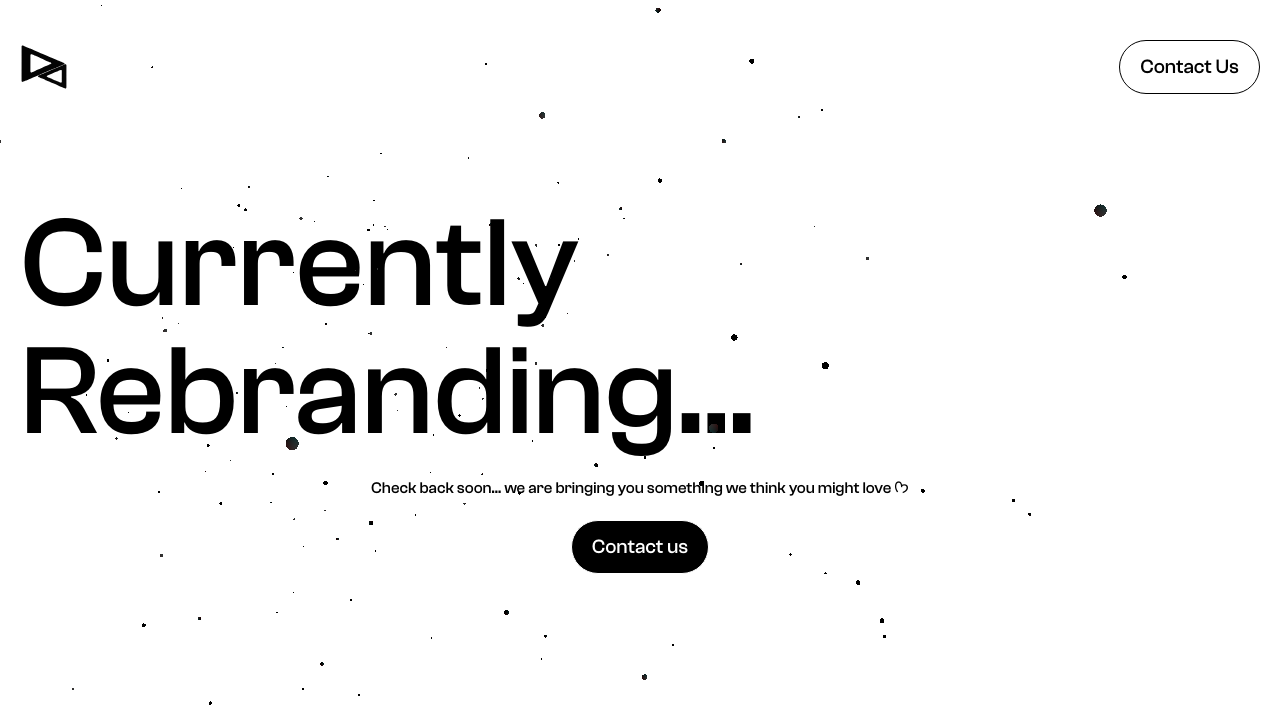
Repository: Cybugg/Nexxistudios-new
Page: /
These files come from the project's save history. The page is drawn as it stood at one moment and after a run of saves; the edit follows.
The browser window is 1280 px wide. The pictures show the whole page.
The project was rebuilt for these pictures with package versions that can differ from the ones it lists, and the page was loaded fresh each time. The framework's server and built-in components were replaced by stand-ins that run in the browser. Also part of the build but not shown: next.config.mjs.

Above is the page before, as saved 2025-09-06 16:15:34.

### app/layout.js
import { Geist, Geist_Mono } from "next/font/google";
import localFont from "next/font/local";
import "./globals.css";
import Particles from "./Effects/Particles";


const geistSans = Geist({
  variable: "--font-geist-sans",
  subsets: ["latin"],
});
const clashGrotesk = localFont({
  src:"../public/fonts/OTF/ClashGrotesk-Medium.otf",
  variable:"--font-clashGrotesk",
  style:"normal"
})

const geistMono = Geist_Mono({
  variable: "--font-geist-mono",
  subsets: ["latin"],
});

export const metadata = {
  title: "Create Next App",
  description: "Generated by create next app",
};

export default function RootLayout({ children }) {
  return (
    <html lang="en">
      <body
        className={`${geistSans.variable} ${geistMono.variable} antialiased relative ${clashGrotesk.variable} `}>
            <div className="absolute w-full h-screen">
              <Particles particleColors={['#000000', '#000000']}
    particleCount={300}
    particleSpread={10}
    speed={0.1}
    particleBaseSize={100}
    moveParticlesOnHover={true}
    alphaParticles={false}
    disableRotation={false}
  />
        </div>

        {children}
      </body>
    </html>
  );
}

### app/page.js
"use client"
import { useGSAP } from "@gsap/react";
import TopNav from "./components/topNav";
import gsap from 'gsap';
import { useRef } from "react";
import Particles from "./Effects/Particles";
import Hero from "./components/hero";




export default function Home() {
  const boxRef = useRef(null);
  useGSAP(() => {

    gsap.to("#progress", {
      width:"95%",
      duration:3,
      ease: 'power2.out',
    });
  },);

  return (
    <div className="grid grid-rows-[20px_1fr_20px] min-h-screen p-3 px-5  sm:p-5 bg-white text-black font-clashGrotesk">
      <main className="flex flex-col  row-start-2 items-center mx-auto container" >
  <TopNav />
    <Hero />
      </main>
      <footer className="row-start-3 flex gap-[24px] flex-wrap items-center justify-center">

      </footer>
    </div>
  );
}

### app/globals.css
@import "tailwindcss";

:root {
  --background: #ffffff;
  --foreground: #171717;

}

@theme inline {
  --color-background: var(--background);
  --color-foreground: var(--foreground);
  --font-sans: var(--font-geist-sans);
  --font-mono: var(--font-geist-mono);
  --font-clashGrotesk: var(--font-clashGrotesk)
}

@media (prefers-color-scheme: dark) {
  :root {
    --background: #0a0a0a;
    --foreground: #ededed;
  }
}

body {
  background: var(--background);
  color: var(--foreground);
  font-family: Arial, Helvetica, sans-serif;
}

### app/Effects/Particles.js
"use client"

import { useEffect, useRef } from 'react';
import { Renderer, Camera, Geometry, Program, Mesh } from 'ogl';

const defaultColors = ['#ffffff', '#ffffff', '#ffffff'];

const hexToRgb = hex => {
  hex = hex.replace(/^#/, '');
  if (hex.length === 3) {
    hex = hex
      .split('')
      .map(c => c + c)
      .join('');
  }
  const int = parseInt(hex, 16);
  const r = ((int >> 16) & 255) / 255;
  const g = ((int >> 8) & 255) / 255;
  const b = (int & 255) / 255;
  return [r, g, b];
};

const vertex = /* glsl */ `
  attribute vec3 position;
  attribute vec4 random;
  attribute vec3 color;

  uniform mat4 modelMatrix;
  uniform mat4 viewMatrix;
  uniform mat4 projectionMatrix;
  uniform float uTime;
  uniform float uSpread;
  uniform float uBaseSize;
  uniform float uSizeRandomness;

  varying vec4 vRandom;
  varying vec3 vColor;

  void main() {
    vRandom = random;
    vColor = color;

    vec3 pos = position * uSpread;
    pos.z *= 10.0;

    vec4 mPos = modelMatrix * vec4(pos, 1.0);
    float t = uTime;
    mPos.x += sin(t * random.z + 6.28 * random.w) * mix(0.1, 1.5, random.x);
    mPos.y += sin(t * random.y + 6.28 * random.x) * mix(0.1, 1.5, random.w);
    mPos.z += sin(t * random.w + 6.28 * random.y) * mix(0.1, 1.5, random.z);

    vec4 mvPos = viewMatrix * mPos;

    if (uSizeRandomness == 0.0) {
      gl_PointSize = uBaseSize;
    } else {
      gl_PointSize = (uBaseSize * (1.0 + uSizeRandomness * (random.x - 0.5))) / length(mvPos.xyz);
    }

    gl_Position = projectionMatrix * mvPos;
  }
`;

const fragment = /* glsl */ `
  precision highp float;

  uniform float uTime;
  uniform float uAlphaParticles;
  varying vec4 vRandom;
  varying vec3 vColor;

  void main() {
    vec2 uv = gl_PointCoord.xy;
    float d = length(uv - vec2(0.5));

    if(uAlphaParticles < 0.5) {
      if(d > 0.5) {
        discard;
      }
      gl_FragColor = vec4(vColor + 0.2 * sin(uv.yxx + uTime + vRandom.y * 6.28), 1.0);
    } else {
      float circle = smoothstep(0.5, 0.4, d) * 0.8;
      gl_FragColor = vec4(vColor + 0.2 * sin(uv.yxx + uTime + vRandom.y * 6.28), circle);
    }
  }
`;

const Particles = ({
  particleCount = 200,
  particleSpread = 10,
  speed = 0.1,
  particleColors,
  moveParticlesOnHover = false,
  particleHoverFactor = 1,
  alphaParticles = false,
  particleBaseSize = 100,
  sizeRandomness = 1,
  cameraDistance = 20,
  disableRotation = false,
  className
}) => {
  const containerRef = useRef(null);
  const mouseRef = useRef({ x: 0, y: 0 });

  useEffect(() => {
    const container = containerRef.current;
    if (!container) return;

    const renderer = new Renderer({ depth: false, alpha: true });
    const gl = renderer.gl;
    container.appendChild(gl.canvas);
    gl.clearColor(0, 0, 0, 0);

    const camera = new Camera(gl, { fov: 15 });
    camera.position.set(0, 0, cameraDistance);

    const resize = () => {
      const width = container.clientWidth;
      const height = container.clientHeight;
      renderer.setSize(width, height);
      camera.perspective({ aspect: gl.canvas.width / gl.canvas.height });
    };
    window.addEventListener('resize', resize, false);
    resize();

    const handleMouseMove = e => {
      const rect = container.getBoundingClientRect();
      const x = ((e.clientX - rect.left) / rect.width) * 2 - 1;
      const y = -(((e.clientY - rect.top) / rect.height) * 2 - 1);
      mouseRef.current = { x, y };
    };

    if (moveParticlesOnHover) {
      container.addEventListener('mousemove', handleMouseMove);
    }

    const count = particleCount;
    const positions = new Float32Array(count * 3);
    const randoms = new Float32Array(count * 4);
    const colors = new Float32Array(count * 3);
    const palette = particleColors && particleColors.length > 0 ? particleColors : defaultColors;

    for (let i = 0; i < count; i++) {
      let x, y, z, len;
      do {
        x = Math.random() * 2 - 1;
        y = Math.random() * 2 - 1;
        z = Math.random() * 2 - 1;
        len = x * x + y * y + z * z;
      } while (len > 1 || len === 0);
      const r = Math.cbrt(Math.random());
      positions.set([x * r, y * r, z * r], i * 3);
      randoms.set([Math.random(), Math.random(), Math.random(), Math.random()], i * 4);
      const col = hexToRgb(palette[Math.floor(Math.random() * palette.length)]);
      colors.set(col, i * 3);
    }

    const geometry = new Geometry(gl, {
      position: { size: 3, data: positions },
      random: { size: 4, data: randoms },
      color: { size: 3, data: colors }
    });

    const program = new Program(gl, {
      vertex,
      fragment,
      uniforms: {
        uTime: { value: 0 },
        uSpread: { value: particleSpread },
        uBaseSize: { value: particleBaseSize },
        uSizeRandomness: { value: sizeRandomness },
        uAlphaParticles: { value: alphaParticles ? 1 : 0 }
      },
      transparent: true,
      depthTest: false
    });

    const particles = new Mesh(gl, { mode: gl.POINTS, geometry, program });

    let animationFrameId;
    let lastTime = performance.now();
    let elapsed = 0;

    const update = t => {
      animationFrameId = requestAnimationFrame(update);
      const delta = t - lastTime;
      lastTime = t;
      elapsed += delta * speed;

      program.uniforms.uTime.value = elapsed * 0.001;

      if (moveParticlesOnHover) {
        particles.position.x = -mouseRef.current.x * particleHoverFactor;
        particles.position.y = -mouseRef.current.y * particleHoverFactor;
      } else {
        particles.position.x = 0;
        particles.position.y = 0;
      }

      if (!disableRotation) {
        particles.rotation.x = Math.sin(elapsed * 0.0002) * 0.1;
        particles.rotation.y = Math.cos(elapsed * 0.0005) * 0.15;
        particles.rotation.z += 0.01 * speed;
      }

      renderer.render({ scene: particles, camera });
    };

    animationFrameId = requestAnimationFrame(update);

    return () => {
      window.removeEventListener('resize', resize);
      if (moveParticlesOnHover) {
        container.removeEventListener('mousemove', handleMouseMove);
      }
      cancelAnimationFrame(animationFrameId);
      if (container.contains(gl.canvas)) {
        container.removeChild(gl.canvas);
      }
    };
    // eslint-disable-next-line react-hooks/exhaustive-deps
  }, [
    particleCount,
    particleSpread,
    speed,
    moveParticlesOnHover,
    particleHoverFactor,
    alphaParticles,
    particleBaseSize,
    sizeRandomness,
    cameraDistance,
    disableRotation
  ]);

  return <div ref={containerRef} className={`relative w-full h-full ${className}`} />;
};

export default Particles;

### app/components/topNav.js
import Image from 'next/image';
import React from 'react'
import logo from "@/assets/images/logo-light.svg"

function TopNav() {
  return (
    <div className="flex justify-between items-center w-full ">
    {/* Logo */}
    <div>
      <Image src={logo} width={48} height={46} alt="nexxistudios's logo" />
    </div>
    <ul>
      <li className="py-3 px-5 text-xl rounded-full border cursor-pointer">
Contact Us
      </li>
    </ul>
  </div>
  )
}

export default TopNav;

### app/components/hero.js
import React from 'react'

function Hero() {
  return (
     <section className="h-full w-full flex items-center justify-center">
    <div className="">
    {/* <div className="text-3xl">
    Re-branding in Progress...
    </div> */}
    <div className="flex flex-col items-center justify-center gap-5 w-full">

{/* Main Text */}
<h1 className=" text-black flex items-center justify-center  w-full   text-9xl ">
Currently Rebranding...
</h1>
{/* Sub-text */}
<p className="">
  Check back soon... we are bringing you something we think you might love ᡣ𐭩
</p>
{/* CTA Button */}
<button className="py-3 px-5 text-xl rounded-full border cursor-pointer bg-black text-white z-50">
  Contact us
</button>
    </div>

    <div>

    </div>
    </div>
      </section>
  )
}

export default Hero;

After the next 6 saves:
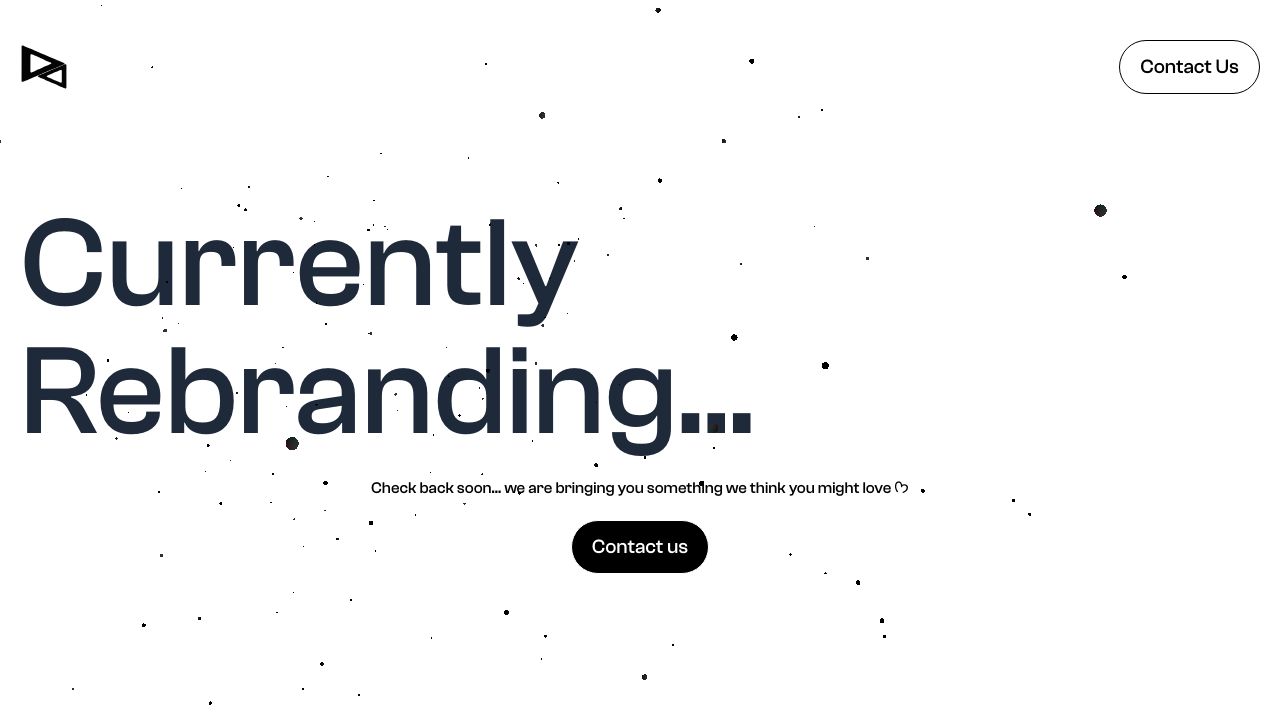
The 6 saves are shown as one change because they came seconds apart.
The last was saved 16 s later.
--- a/app/components/hero.js
+++ b/app/components/hero.js
@@ -10,7 +10,7 @@ function Hero() {
     <div className="flex flex-col items-center justify-center gap-5 w-full">
 
 {/* Main Text */}
-<h1 className=" text-black flex items-center justify-center  w-full   text-9xl ">
+<h1 className=" text-black flex items-center justify-center text-gray-800  w-full   text-9xl ">
 Currently Rebranding...
 </h1>
 {/* Sub-text */}
